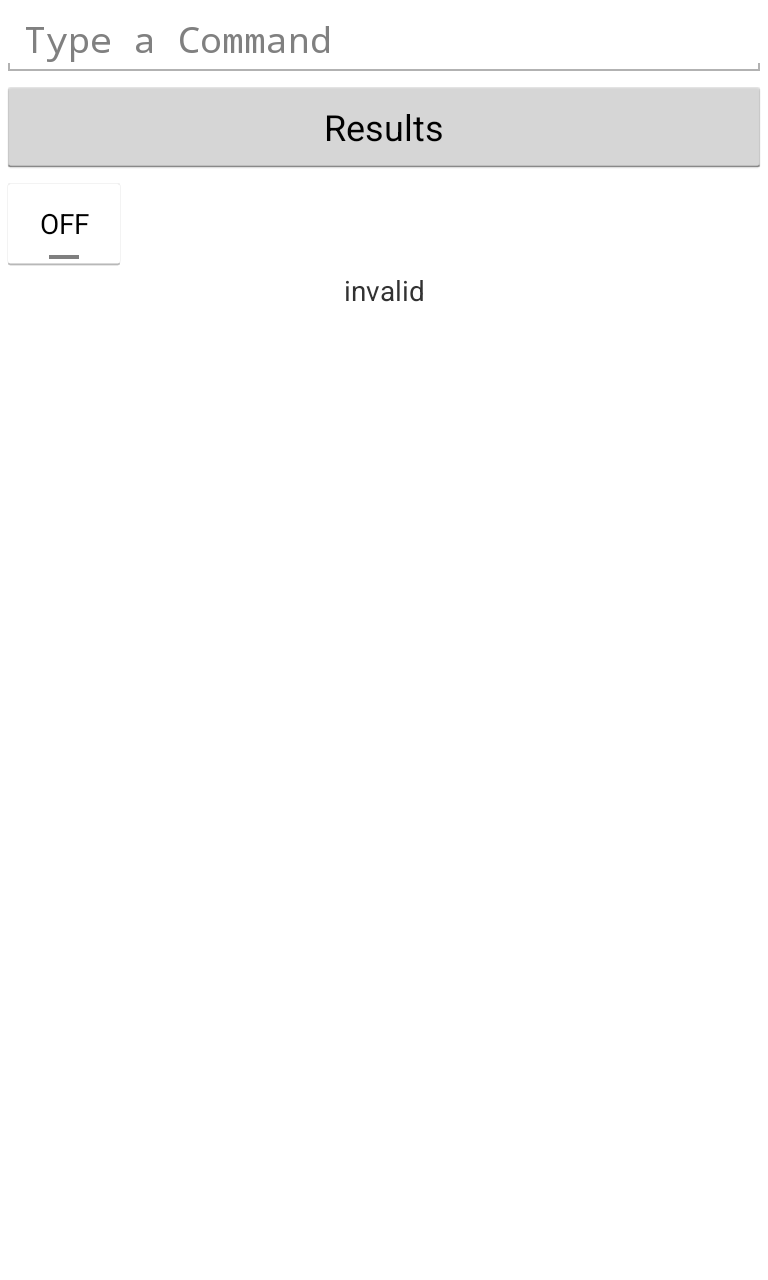
Repository: lcbasu/android
Layout: adt/TheNewBoston/res/layout/text.xml
An editor plug-in stored every save of this project. The layout is shown before and after the next save, followed by the edit.
It is drawn on a 768 x 1280 px phone screen (xhdpi) without system bars, with theme AppTheme; the app's code is not run.

Above is the layout before, as saved 2014-05-19 05:56:17.

### adt/TheNewBoston/res/layout/text.xml
<?xml version="1.0" encoding="utf-8"?>
<LinearLayout xmlns:android="http://schemas.android.com/apk/res/android"
    android:layout_width="match_parent"
    android:layout_height="match_parent"
    android:orientation="vertical" >

    <EditText
        android:id="@+id/etCommands"
        android:layout_width="fill_parent"
        android:layout_height="wrap_content"
        android:hint="Type a Command"
        android:password="true" />

    <Button
        android:id="@+id/bResults"
        android:layout_width="fill_parent"
        android:layout_height="wrap_content"
        android:gravity="center"
        android:text="Results" />
    <ToggleButton
        android:text="ToggleButton"
        android:id="@+id/tgBt"

        android:layout_width="wrap_content"
        android:layout_height="wrap_content"
        />

    <TextView
        android:id="@+id/tvResults"
        android:layout_width="fill_parent"
        android:layout_height="wrap_content"
        android:gravity="center"
        android:text="invalid" />

</LinearLayout>

Loaded but not shown: adt/TheNewBoston/res/values/styles.xml (common file); adt/TheNewBoston/res/values-v11/styles.xml (common file); adt/TheNewBoston/res/values-v14/styles.xml (common file)

After the next save:
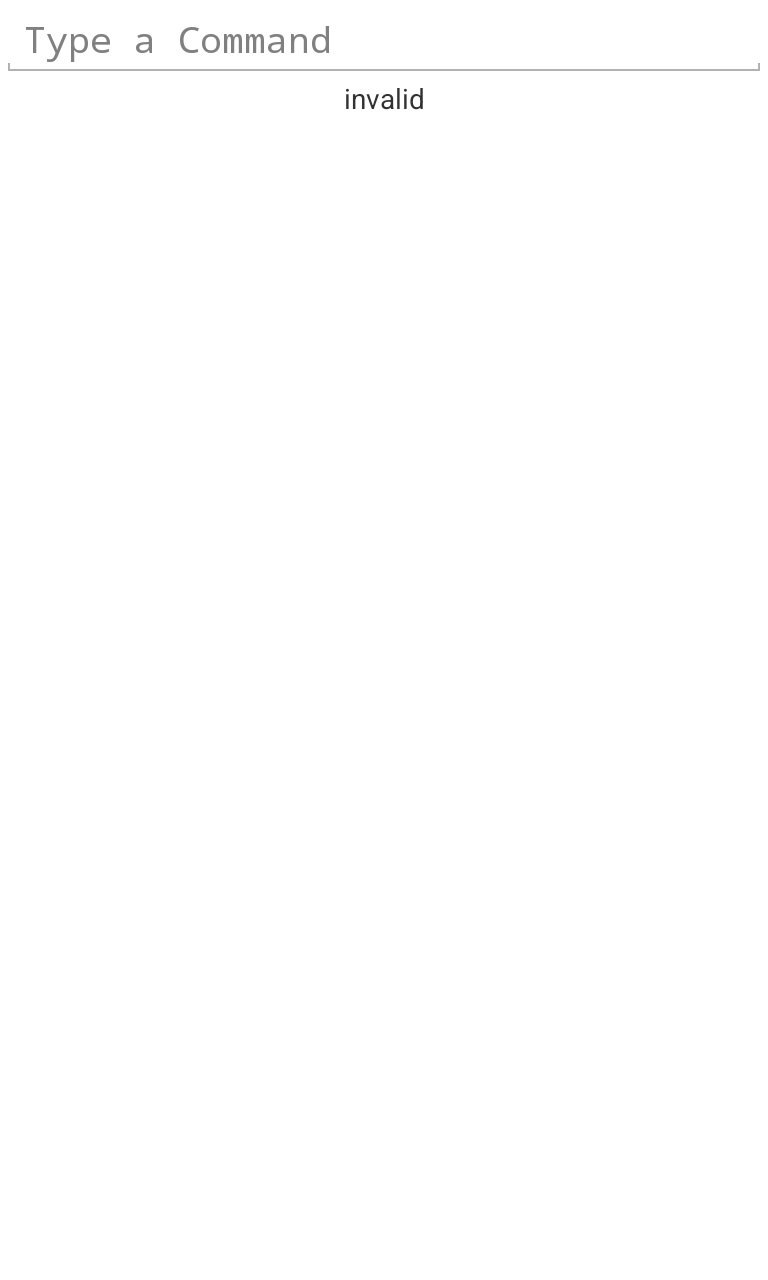
Saved 55 s later.
--- a/adt/TheNewBoston/res/layout/text.xml
+++ b/adt/TheNewBoston/res/layout/text.xml
@@ -11,19 +11,21 @@
         android:hint="Type a Command"
         android:password="true" />
 
-    <Button
-        android:id="@+id/bResults"
-        android:layout_width="fill_parent"
-        android:layout_height="wrap_content"
-        android:gravity="center"
-        android:text="Results" />
-    <ToggleButton
-        android:text="ToggleButton"
-        android:id="@+id/tgBt"
+    <LinearLayout>
 
-        android:layout_width="wrap_content"
-        android:layout_height="wrap_content"
-        />
+        <Button
+            android:id="@+id/bResults"
+            android:layout_width="fill_parent"
+            android:layout_height="wrap_content"
+            android:gravity="center"
+            android:text="Results" />
+
+        <ToggleButton
+            android:id="@+id/tgBt"
+            android:layout_width="wrap_content"
+            android:layout_height="wrap_content"
+            android:text="ToggleButton" />
+    </LinearLayout>
 
     <TextView
         android:id="@+id/tvResults"

After the save that followed:
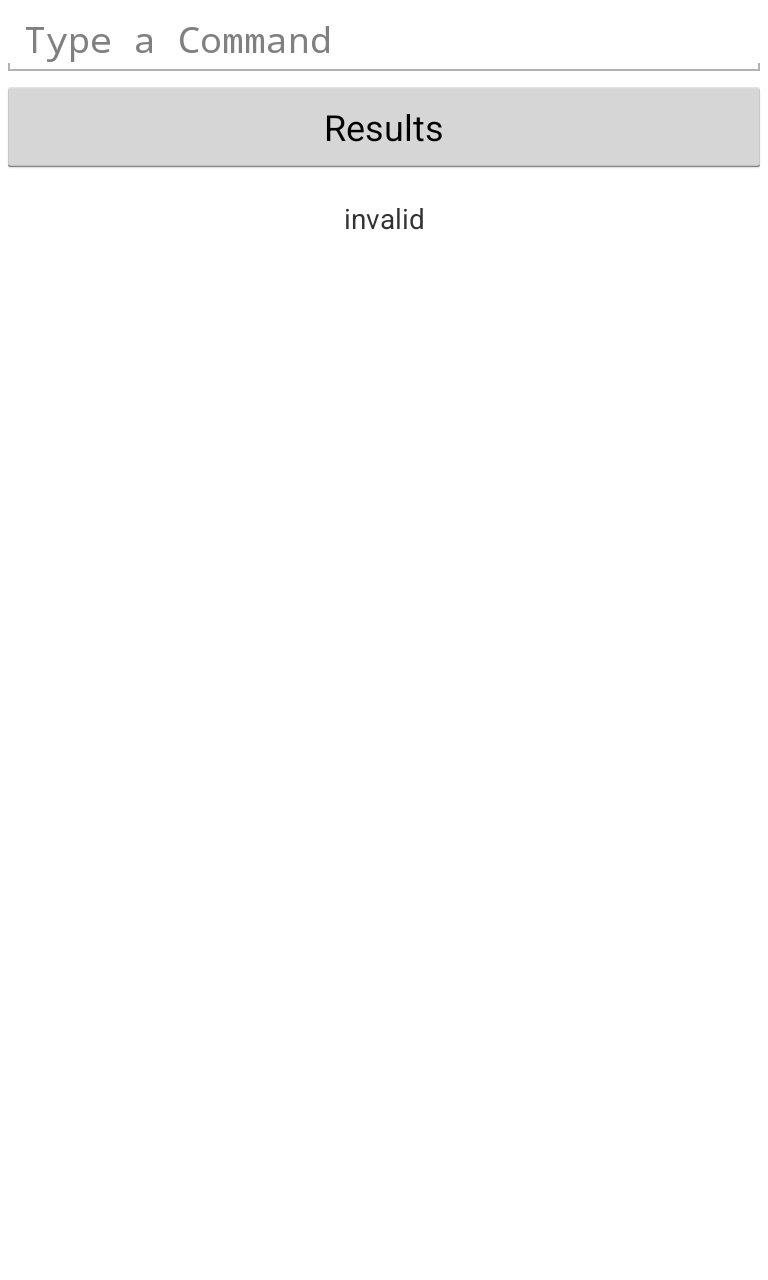
Saved 94 s later.
--- a/adt/TheNewBoston/res/layout/text.xml
+++ b/adt/TheNewBoston/res/layout/text.xml
@@ -11,7 +11,11 @@
         android:hint="Type a Command"
         android:password="true" />
 
-    <LinearLayout>
+    <LinearLayout
+        android:orientation="horizontal"
+        android:layout_width="fill_parent"
+        android:layout_height="wrap_content"
+        >
 
         <Button
             android:id="@+id/bResults"
